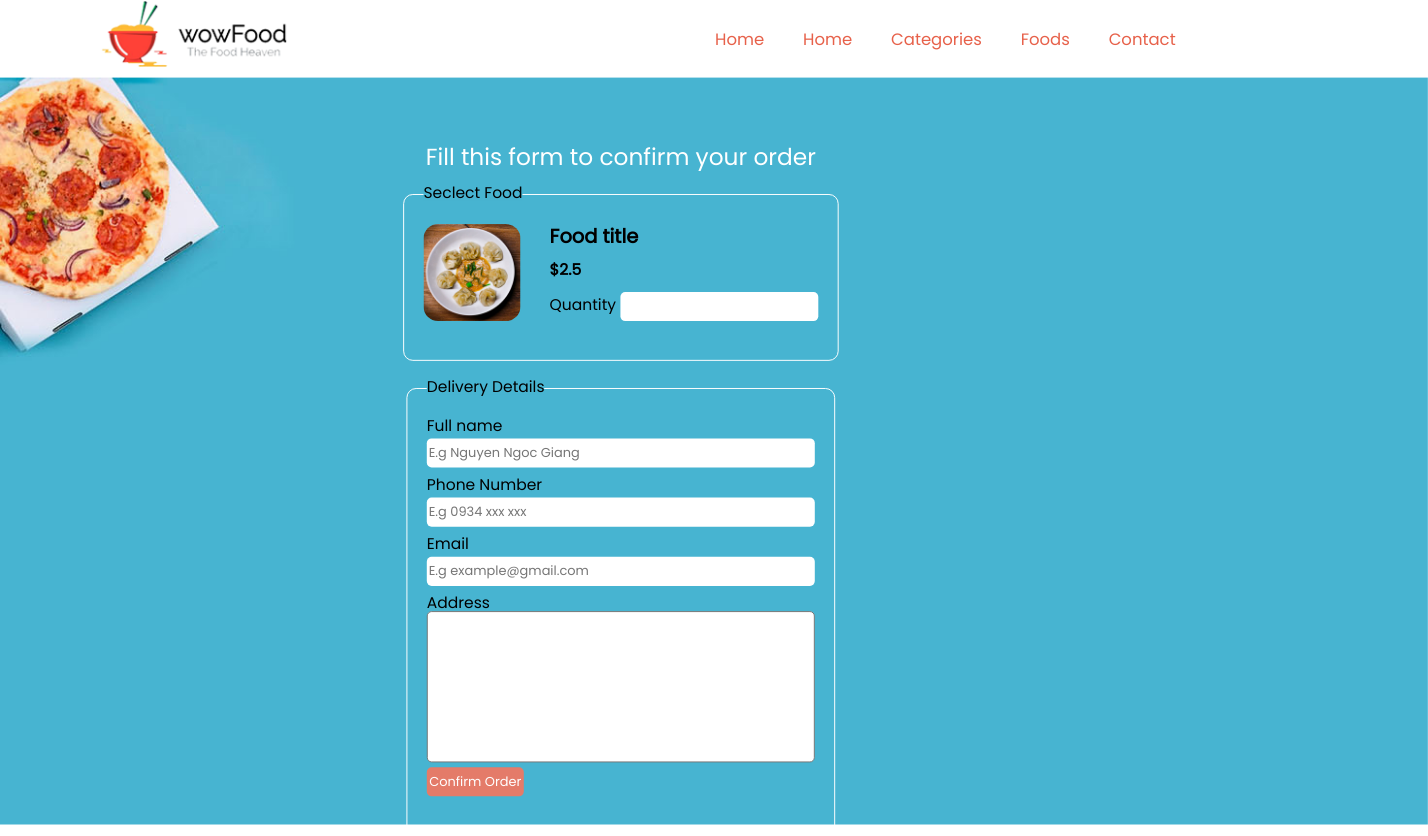
Repository: ruaruababa/WowFood
Page: order.html
The author's editor kept a copy of each file at every save. The page is drawn from the files as they stood at one save, then again after the next save.
The browser window is 1280 px wide. The page is 1472 px wide, so the pictures cover 1472 px, including what lies to the right of the window. The pictures show the whole page, at 97% of full size.

Above is the page before, as saved 2021-09-19 22:49:26.

### order.html
<!DOCTYPE html>
<html lang="en">

<head>
    <meta charset="UTF-8">
    <meta http-equiv="X-UA-Compatible" content="IE=edge">
    <meta name="viewport" content="width=device-width, initial-scale=1.0">
    <title>Order Food</title>
    <link rel="stylesheet" href="./style.css">
    <link rel="stylesheet" href="./reset.css">
    <link rel="stylesheet" href="./order.css">
    <link rel="preconnect" href="https://fonts.googleapis.com" />
    <link rel="preconnect" href="https://fonts.gstatic.com" crossorigin />
    <link
      href="https://fonts.googleapis.com/css2?family=Poppins:wght@400&display=swap"
      rel="stylesheet"
    />
</head>

<body>
    <nav>
        <input type="checkbox" id="check" />
        <label for="check" class="checkbtn">
            <i class="fas fa-bars"></i>
        </label>
        <label class="logo">
            <img src="./img/logo.png" alt="" class="img-logo" />
        </label>
        <ul class="navbar">
            <li><a class="active" href="#">Home</a></li>
            <li><a href="#">Home</a></li>
            <li><a href="#">Categories</a></li>
            <li><a href="#">Foods</a></li>
            <li><a href="#">Contact</a></li>
        </ul>
    </nav>
    <section id=section-order>
        <img src="./bgorder.jpg" alt="" class="bgr" style="position: absolute; z-index: -1;">
        <div class="container-order">
            <form action="">
                <h3 class="title-order">Fill this form to confirm your order</h3>
                <div class="container-seclect-food">
                    <div class="img-food">
                        <!-- <label for="" class="seclect">Seclect Food</label> -->
                        <img src="./img/menu-momo.jpg" alt="" class="bgr-item" />
                    </div>
                    <div class="content-food">
                        <h6 class="title-item">Food title</h6>
                        <span class="price-item">$2.5</span>
                        <label for="" class="quantity">Quantity</label>
                        <input type="number" min="1" max="100" class="inp-number">
                    </div>
                </div>
                <div class="container-delivery-title">
                    <lable class="full-name">Full name</lable>
                    <input type="text" placeholder="E.g Nguyen Ngoc Giang">
                    <lable class="phone-number">Phone Number</lable>
                    <input type="text" placeholder="E.g 0934 xxx xxx">
                    <lable class="email">Email</lable>
                    <input type="text" placeholder="E.g example@gmail.com">
                    <lable class="Address">Address</lable>
                    <textarea name="address" id="" cols="30" rows="10" style="resize: none; border-radius: 5px;"></textarea>
                    <input type="button" value="Confirm Order" style="width: 100px; background-color: #e47b69; color: white;">
                </div>
            </form>
        </div>
    </section>
</body>

</html>

### style.css

li {
  text-decoration: none;
}

a {
  text-decoration: none;
}

nav {
  height: 80px;
  width: 100%;
}

label.logo {
  padding: 0 100px;
}

nav ul {
  float: right;
  margin-right: 50px;
}

nav ul li {
  display: inline-block;
  line-height: 80px;
  margin: 0 5px;
  font-family: "Poppins", sans-serif;
}

nav ul li a {
  color: #e7614a;
  font-size: 17px;
  padding: 7px 13px;
  border-radius: 3px;
}

.checkbtn {
  font-size: 30px;
  color: white;
  float: right;
  line-height: 80px;
  margin-right: 40px;
  cursor: pointer;
  display: none;
}

#check {
  display: none;
}

ul:hover li {
  filter: blur(3px);
  opacity: 0.5;
  transform: scale(0.98);
  box-shadow: none;
}

ul:hover li:hover {
  transform: scale(1.1);
  filter: blur(0px);
  opacity: 1;
  box-shadow: 0 8px 20px 0px rgba(0, 0, 0, 0.125);
}

.container-section-search {
  position: relative;
  text-align: center;
  margin-top: 15px;
}

.background-search {
  height: 250px;
}

.background-search img {
  height: inherit;
  width: 100%;
  object-fit: cover;
}

.form {
  width: 100%;
  position: absolute;
  top: 50%;
  left: 50%;
  transform: translate(-50%, -50%);
  height: 22px;
}

.input-search {
  width: 35%;
  height: inherit;
}

.btn-search {
  background-color: rgba(250, 59, 59, 0.849);
  border: none;
  border-radius: 5px;
  font-size: 14px;
  color: white;
  cursor: pointer;
  padding: 3px;
}

#section-collection {
  position: relative;
}

.container-section-collection {
  height: max-content;
}

.explore-food {
  padding-top: 70px;
  text-align: center;
  font-size: 24px;
  font-family: "Poppins", sans-serif;
}

.collection-food {
  width: 100%;
}

.list-food {
  margin-top: 50px;
  display: flex;
  justify-content: center;
  column-gap: 50px;
}

.list-food li {
  width: 330px;
  height: 400px;
  transition: 0.2s all;
}

.list-food li:hover {
  transform: scale(0.95);
}

.list-food li img {
  width: 100%;
  height: 100%;
  object-fit: cover;
  border-radius: 10px;
}

.list-food li span {
  font-family: "Poppins", sans-serif;
  display: block;
  font-size: 20px;
  text-align: center;
  color: #ffffff;
  margin-top: -50px;
}

article {
  background-color: #ececec;
}

.title-food-menu {
  padding-top: 70px;
  font-size: 24px;
  text-align: center;
  font-family: "Poppins", sans-serif;
}

.container-menu {
  padding-top: 50px;
  display: grid;
  grid-gap: 20px;
  grid-template-columns: repeat(auto-fit, minmax(550px, 1fr));
  grid-auto-rows: 180px;
  justify-items: center;
  font-family: "Poppins", sans-serif;
}

.container-item:nth-child(odd) {
  justify-self: end;
}

.container-item:nth-child(even) {
  justify-self: start;
}

.container-item {
  background-color: #ffffff;
  display: flex;
  align-items: center;
  border-radius: 15px;
}

.container-item img {
  width: 25%;
  height: 70%;
  object-fit: cover;
  border-radius: 15px;
  margin: 0 28px;
}

.container-item .item-content {
  width: 100%;
  height: 70%;
  object-fit: cover;
  border-radius: 15px;
  margin: 0 28px;
}

.item-content {
  display: inline-block;
}

.title-item {
  font-size: 16px;
  font-weight: bold;
  line-height: 25px;
}

.price-item {
  line-height: 25px;
  font-weight: bold;
}

.des-item {
  font-size: 14px;
  line-height: 20px;
  color: #747d9c;
}

.oder-item {
  text-decoration: none;
  background-color: #f56b81;
  color: white;
  border-radius: 5px;
  padding: 3px;
  display: inline-block;
}

.footer-food-menu {
  margin-top: 30px;
}

.see-all-foods {
  display: block;
  text-align: center;
  text-decoration: none;
  color: #f56b81;
  padding-bottom: 50px;
  font-family: "Poppins", sans-serif;
  transition: 0.2s all;
}

.see-all-foods:hover {
  text-decoration: underline;
  transform: scale(1.1);
}

.social-network-icon {
  display: flex;
  justify-content: center;
  margin-top: 30px;
}

.icon-insta {
  margin: 0 30px;
}

.license {
  margin-top: 40px;
  margin-bottom: 30px;
  font-family: "Poppins", sans-serif;
}

.license p {
  text-align: center;
}

.license p a {
  text-decoration: none;
  color: #e7614a;
}

@media (max-width: 952px) {
  label.logo {
    padding-left: 50px;
  }

  nav ul li a {
    font-size: 16px;
  }

  .container-item:nth-child(odd) {
    justify-self: center;
  }

  .container-item:nth-child(even) {
    justify-self: center;
  }
}

@media (max-width: 858px) {
  i {
    color: black;
  }

  .checkbtn {
    display: block;
  }

  .navbar {
    position: fixed;
    width: 100%;
    height: 250px;
    left: -100%;
    text-align: center;
    transition: all 0.5s;
    z-index: 2;
    background-color: #ffffff;
  }

  nav ul li {
    display: block;
    margin: 10px 0;
    line-height: 30px;
  }

  nav ul li a {
    font-size: 20px;
  }

  #check:checked ~ ul {
    left: 0;
  }

  .container-section-collection {
    height: max-content;
  }
}

section {
  position: relative;
}
@media (max-width: 858px) {
   .container-menu {
    padding-top: 50px;
    display: grid;
    grid-gap: 20px;
    grid-template-columns: repeat(auto-fit, minmax(550px, 1fr));
    grid-auto-rows: 180px;
    justify-items: center;
    font-family: "Poppins", sans-serif;
  }
}

@media (max-width: 414px) {
  label img {
    margin-left: -50px;
  }
  i.fa-bars {
    margin-right: -20px;
  }
  .navbar {
    position: fixed;
    width: 414px;
    height: 250px;
    left: -100%;
    text-align: center;
    transition: all 0.5s;
    z-index: 2;
    background-color: #ffffff;
  }

  nav ul li {
    display: block;
    margin: 10px 0;
    line-height: 30px;
  }

  nav ul li a {
    font-size: 20px;
  }

  #check:checked ~ ul {
    left: 0;
  }
  .list-food {
    display: flex;
    flex-direction: column;
    gap: 15px;
  }

  .item {
    align-self: center;
  }

  .container-menu {
    padding-top: 50px;
    display: grid;
    grid-gap: 20px;
    grid-template-columns: repeat(auto-fit, minmax(375px, 1fr));
    grid-auto-rows: 180px;
    justify-items: center;
    font-family: "Poppins", sans-serif;
  }
}

@media (max-width: 375px) {
  label img {
    margin-left: -50px;
  }
  i.fa-bars {
    margin-right: -20px;
  }
  .navbar {
    position: fixed;
    width: 375px;
    height: 250px;
    left: -100%;
    text-align: center;
    transition: all 0.5s;
    z-index: 2;
    background-color: #ffffff;
  }

  nav ul li {
    display: block;
    margin: 10px 0;
    line-height: 30px;
  }

  nav ul li a {
    font-size: 20px;
  }

  #check:checked ~ ul {
    left: 0;
  }

  .list-food {
    display: flex;
    flex-direction: column;
    gap: 15px;
  }

  .item {
    align-self: center;
  }

  .container-menu {
    padding-top: 50px;
    display: grid;
    grid-gap: 20px;
    grid-template-columns: repeat(auto-fit, minmax(375px, 1fr));
    grid-auto-rows: 180px;
    justify-items: center;
    font-family: "Poppins", sans-serif;
  }
  @media (max-width: 320px) {
  label img {
    margin-top: -70px;
    margin-left: -50px;
    padding-bottom: 10px;
  }
  i.fa-bars {
    margin-right: -20px;
    padding-top: 20px;
  }
  .navbar {
    position: fixed;
    width: 320px;
    height: 250px;
    left: -100%;
    text-align: center;
    transition: all 0.5s;
    z-index: 2;
    background-color: #ffffff;
    margin-top: -5px;
  }

  nav ul li {
    display: block;
    margin: 10px 0;
    line-height: 30px;
  }

  nav ul li a {
    font-size: 20px;
  }

  #check:checked ~ ul {
    left: 0;
  }

  .list-food {
    display: flex;
    flex-direction: column;
    gap: 15px;
  }

  .item {
    align-self: center;
  }

  .container-menu {
    padding-top: 50px;
    display: grid;
    grid-gap: 20px;
    grid-template-columns: repeat(auto-fit, minmax(319px, 1fr));
    grid-auto-rows: 180px;
    justify-items: center;
    font-family: "Poppins", sans-serif;
  }
}

/* article{
  position: relative;
  top: 200px;
} */

### order.css
.container-order{
    position: relative;
}
.title-order{
    font-size: 24px;
    position: absolute;
    left: 50%;
    transform: translateX(-50%);
    padding-top: 70px;
    font-family: "Poppins", sans-serif;
    color: white;
}
.container-seclect-food::before{
    content: "Seclect Food";
    background-color: #47b4d1;
    position: absolute;
    margin-top: -40px;
}
.container-seclect-food{
    display: flex;
    position: absolute;
    left: 50%;
    transform: translateX(-50%);
    margin-top: 120px;
    justify-content: flex-start;
    gap: 30px;
    border: 1px solid white;
    padding: 30px 20px;
    border-radius: 10px;
    font-family: "Poppins", sans-serif;
}
.img-food{
    display: inline;
}
.img-food img{
    width: 100px;
    border-radius: 15px;
}
.title-item{
    font-size: 20px;
}
.price-item{
    display: block;
    padding-top: 10px;
}
.inp-number{
    margin-top: 10px;
    width: 200px;
    border-radius: 5px;
}

.container-delivery-title::before{
    content: "Delivery Details";
    margin-top: -10px;
    margin-left: 20px;
    background-color: #47b4d1;
    display: inline;
    position: absolute;
}
.container-delivery-title{
    position: absolute;
    margin-top: 320px;
    display: grid;
    grid-template-columns: repeat(auto-fit, minmax(400px, 1fr));
    left: 50%;
    transform: translateX(-50%);
    border: 1px solid white;
    padding: 30px 20px;
    border-radius: 10px;
    font-family: "Poppins", sans-serif;
}

input{
    border: 0px;
    border-radius: 5px;
    padding: 5px 2px ;
    margin-bottom: 10px;
    margin-top: 5px;
    font-family: "Poppins", sans-serif;
}
label{
    font-family: "Poppins", sans-serif;
}

Loaded but not shown: reset.css (common file)

After the next save:
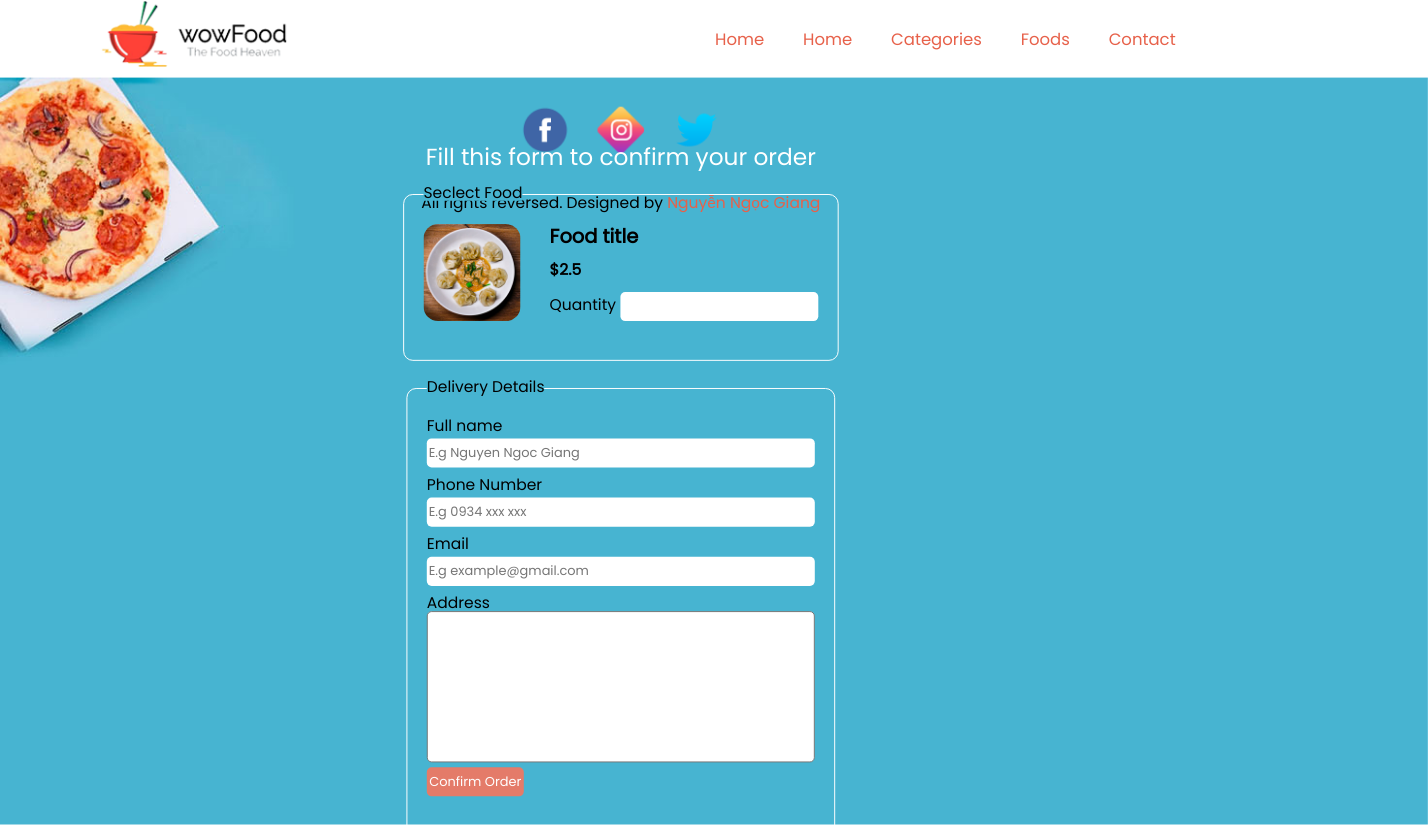
Saved 47 s later.
--- a/order.html
+++ b/order.html
@@ -65,6 +65,32 @@
             </form>
         </div>
     </section>
+    <footer>
+      <div class="container-footer">
+        <div class="social-network-icon">
+          <div class="icon-fb">
+            <a href="https://www.facebook.com/WowFoodPage"
+              ><img src="./img/facebook_icon-icons.com_59205.png" alt=""
+            /></a>
+          </div>
+          <div class="icon-insta">
+            <a href="https://www.instagram.com/wowfoodrus/"
+              ><img src="./img/intsa-icon.png" alt=""
+            /></a>
+          </div>
+          <div class="icon-twitter">
+            <a href="https://twitter.com/WOWFoodPics"
+              ><img src="./img/twitter_socialnetwork_20007.png" alt=""
+            /></a>
+          </div>
+        </div>
+        <div class="license">
+          <p>
+            All rights reversed. Designed by <a href="">Nguyễn Ngọc Giang</a>
+          </p>
+        </div>
+      </div>
+    </footer>
 </body>
 
 </html>
